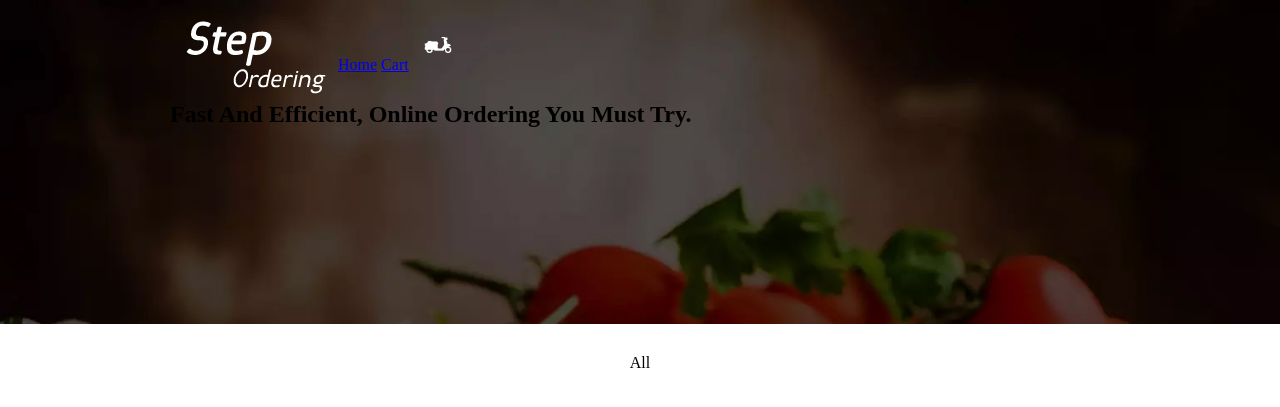
Repository: anastasia29-step/Online-Restaurant
Page: index.html
An editor plug-in stored every save of this project. The page is shown before and after the next save, followed by the edit.
The browser window is 1280 px wide. The pictures show the whole page.

Above is the page before, as saved 2026-03-09 15:10:26.
Not found: app.js/

After the next save:
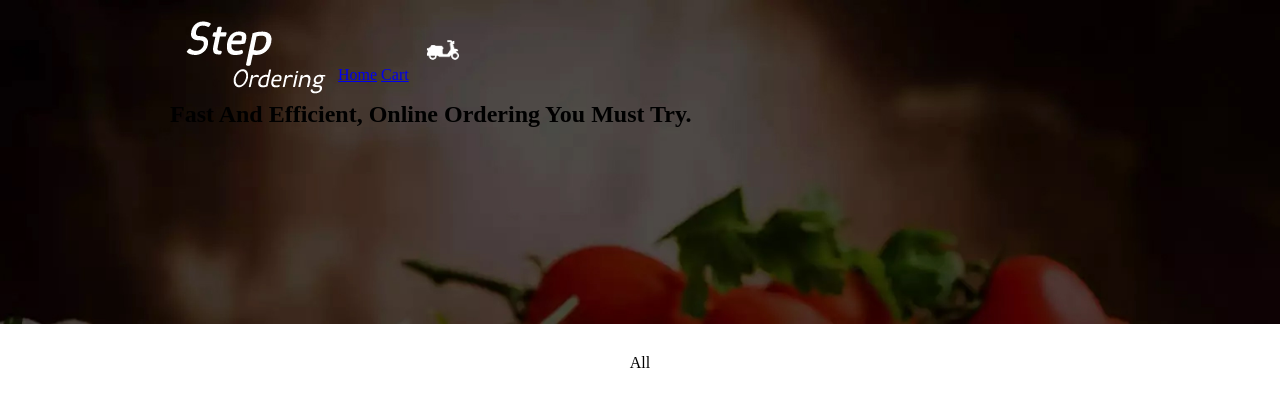
Saved 10 s later.
--- a/style.css
+++ b/style.css
@@ -28,6 +28,5 @@ ul {
 }
 
 .beside .right img {
-    width: 50px;
-    /* height: 50px; */
+    width: 60px;
 }
